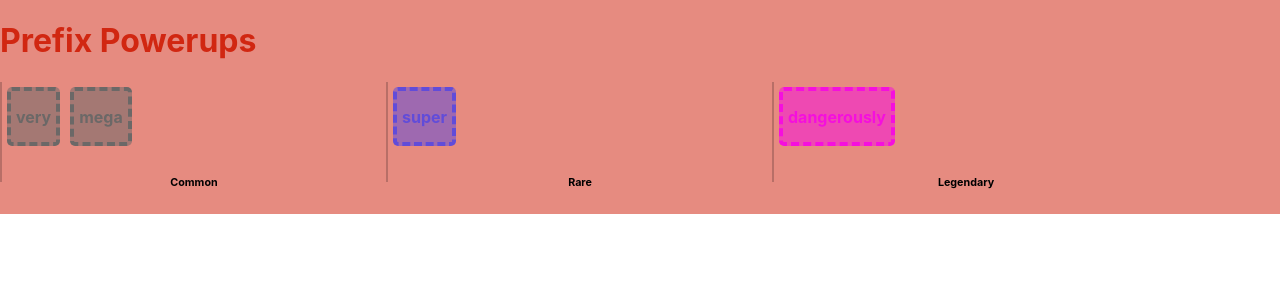
Repository: bsalgado98/buns-inator
Page: /
These files come from the project's save history. The page is drawn as it stood at one moment and after the next save; the edit follows.
The browser window is 1280 px wide. The pictures show the whole page.
The project was rebuilt for these pictures with package versions that can differ from the ones it lists, and the page was loaded fresh each time.

Above is the page before, as saved 2022-04-25 22:40:44.

### src/index.css
body {
    margin: 0;
    padding: 0;
    font-family: -apple-system, BlinkMacSystemFont, 'Segoe UI', 'Roboto', 'Oxygen',
        'Ubuntu', 'Cantarell', 'Fira Sans', 'Droid Sans', 'Helvetica Neue',
        sans-serif;
    -webkit-font-smoothing: antialiased;
    -moz-osx-font-smoothing: grayscale;
}

code {
    font-family: source-code-pro, Menlo, Monaco, Consolas, 'Courier New', monospace;
}

### src/App.js
import './App.css';
import WordBank from './components/WordBank/WordBank'

function App() {
    const wordList = {
        prefixPowerups: [
            {
                sectionTitle: "Common",
                words: ['very', 'mega'],
                color: "#6b6867"
            },
            {
                sectionTitle: "Rare",
                words: ['super'],
                color: "#614cd9"
            },
            {
                sectionTitle: "Legendary",
                words: ['dangerously'],
                color: "#f50fde"
            }
        ]
    }

    return (
        <div className="App">
            <WordBank bankTitle='Prefix Powerups' color="#d12711" wordCollection={wordList.prefixPowerups}/>
        </div>
    );
}

export default App;

### src/components/WordBank/WordBank.js
import createWordSection from "../../utility/wordSection"

const WordBank = ({ bankTitle = "N/A", color = "#000000", wordCollection = [] }) => {
    const styles = {
        container: {
            style: {
                backgroundColor: `${color}88`,
                display: 'flex',
                flexDirection: 'column'
            }
        },
        title: {
            style: {
                color: color
            },
            container: {
                style: {
                    display: 'flex',
                    width: '100%'
                }
            }
        },
        collectionArea: {
            style: {
                display: 'flex'
            },
            section: {
                style: {
                    display: 'flex',
                    flexDirection: 'column',
                    width: '30%'
                },
                wordArea: {
                    style: {
                        display: 'flex'
                    }
                }
            }
        },
        divider: {
            style: {
                height: '100px',
                width: '2px',
                backgroundColor: 'black',
                opacity: '0.2'
            }
        }
    }
    return (
        <div style={styles.container.style}>
            <div style={styles.title.container.style}>
                <h1 style={styles.title.style}>{bankTitle}</h1>
            </div>
            <div style={styles.collectionArea.style}>
                {wordCollection.map((section, i) => {
                    return (
                        <>
                            <span style={styles.divider.style}></span>
                            <div key={`section-${i}`} style={styles.collectionArea.section.style}>
                                <div style={styles.collectionArea.section.wordArea.style}>
                                    {createWordSection(section.words, section.color)}
                                </div>
                                <h6>{section.sectionTitle}</h6>
                            </div>
                        </>
                    )
                })}
            </div>
        </div>
    )
}

export default WordBank

### src/utility/wordSection.js
import WordCard from "../components/WordCard/WordCard";

function createWordSection(words, wordColor) {
    return words.map((word, i) => <WordCard key={`word-${i}`} text={word} color={wordColor} />)
}

export default createWordSection

### src/components/WordCard/WordCard.js
const WordCard = ({ text = "N/A", color = "#000000" }) => {
    const styles = {
        container: {
            style: {
                background: `${color}88`,
                display: 'flex',
                border: `4px dashed ${color}`,
                margin: '5px',
                padding: '5px',
                borderRadius: '5px'
            }
        },
        text: {
            style: {
                color: color,
                fontSize: '16px'
            }
        }
    }
    return (
        <div style={styles.container.style}>
            <h1 style={styles.text.style}>{text}</h1>
        </div>
    )
}

export default WordCard

Loaded but not shown: public/index.html (common file); src/index.js (common file); src/reportWebVitals.js (common file); src/App.css (common file)

After the next save:
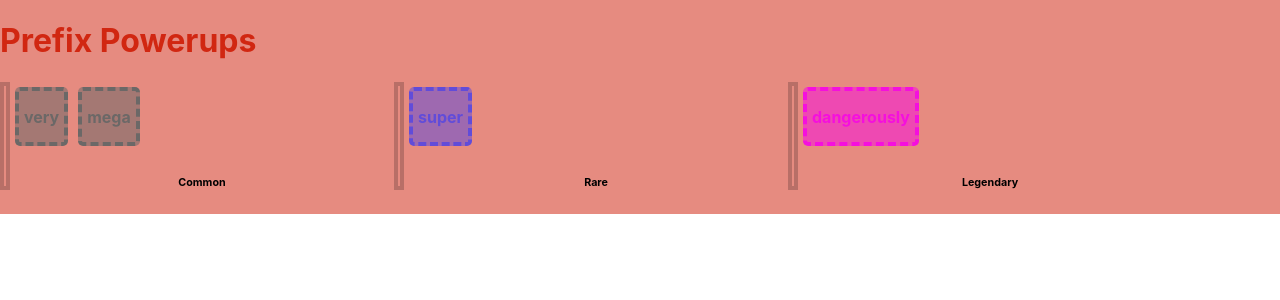
Saved 14 s later.
--- a/src/components/WordBank/WordBank.js
+++ b/src/components/WordBank/WordBank.js
@@ -41,7 +41,7 @@ const WordBank = ({ bankTitle = "N/A", color = "#000000", wordCollection = [] })
             style: {
                 height: '100px',
                 width: '2px',
-                backgroundColor: 'black',
+                border: '4px solid black',
                 opacity: '0.2'
             }
         }
